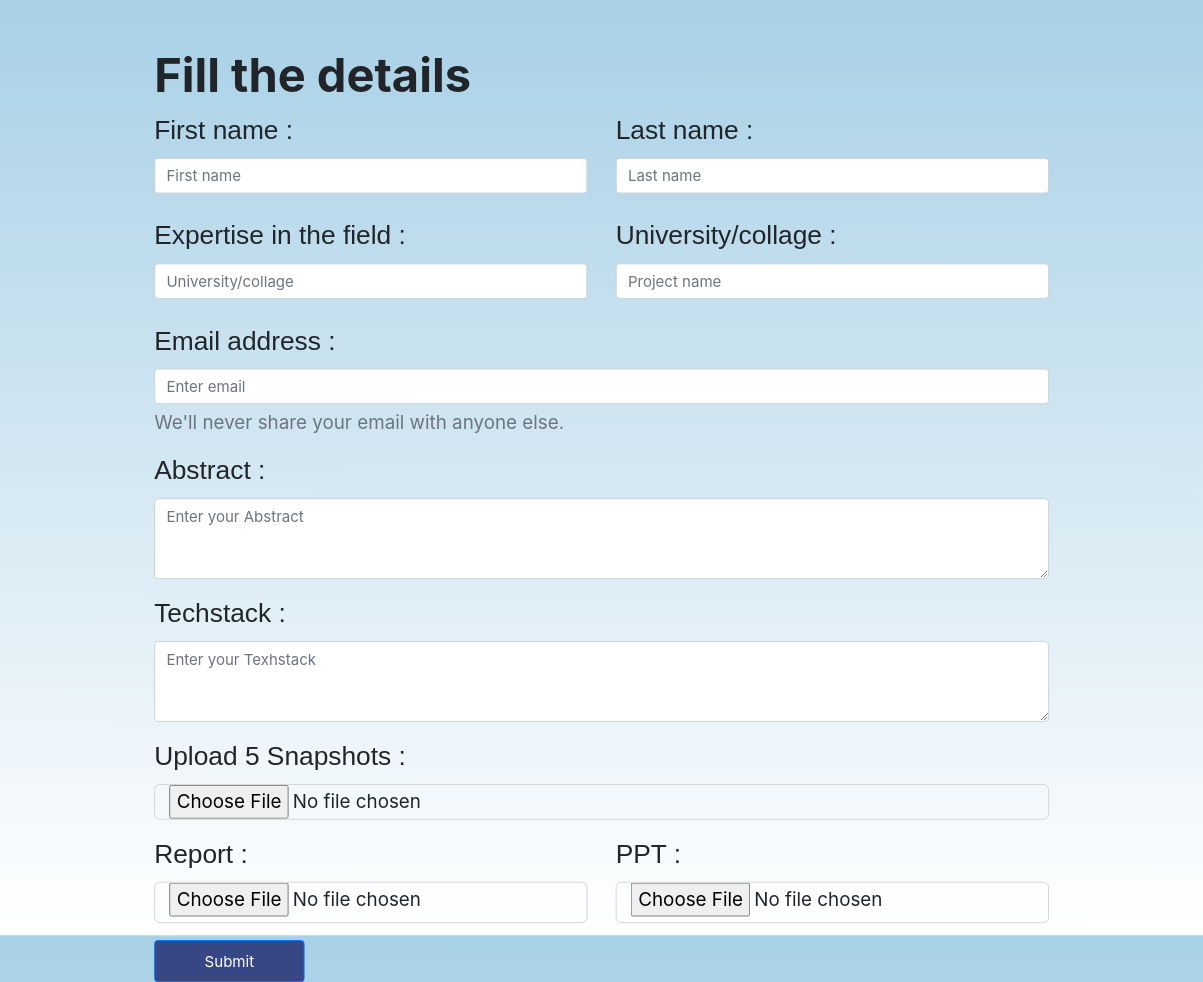
Repository: Sanskriti002/collaborate
Page: form.html
These files come from the project's save history. The page is drawn as it stood at one moment and after the next save; the edit follows.
The browser window is 1280 px wide. The pictures show the whole page, at 94% of full size.

Above is the page before, as saved 2023-09-21 21:31:23.

### form.html
<!DOCTYPE html>
<html lang="en">
<head>
    <meta charset="UTF-8">
    <meta name="viewport" content="width=device-width, initial-scale=1.0">
    <meta http-equiv="X-UA-Compatible" content="ie=edge">
    <link rel="stylesheet" href="https://stackpath.bootstrapcdn.com/bootstrap/4.1.1/css/bootstrap.min.css" integrity="sha384-WskhaSGFgHYWDcbwN70/dfYBj47jz9qbsMId/iRN3ewGhXQFZCSftd1LZCfmhktB"
        crossorigin="anonymous">
        <link href="form.css" rel="stylesheet">
    <title>Fill up the form</title>
</head>
<body>
    <form>
        <h3>Fill the details</h3>
        <div class="row">
          <div class="col">
            <label>First name :</label>
            <input type="text" class="form-control" placeholder="First name">
          </div>
          <div class="col">
            <label>Last name :</label>
            <input type="text" class="form-control" placeholder="Last name">
          </div>
        </div>
        <br>
        <div class="row">
            <div class="col">
              <label>Expertise in the field :</label>
              <input type="text" class="form-control" placeholder="University/collage">
            </div>
            <div class="col">
              <label>University/collage :</label>
              <input type="text" class="form-control" placeholder="Project name">
            </div>
          </div>
        <br>
        <div class="form-group">
            <label for="exampleInputEmail1">Email address :</label>
            <input type="email" class="form-control" id="exampleInputEmail1" aria-describedby="emailHelp" placeholder="Enter email">
            <small id="emailHelp" class="form-text text-muted">We'll never share your email with anyone else.</small>
          </div>
          <div class="form-group">
            <label for="exampleFormControlTextarea1">Abstract :</label>
            <textarea class="form-control" id="exampleFormControlTextarea1" rows="3" placeholder="Enter your Abstract"></textarea>
          </div>
          <div class="form-group">
            <label for="exampleFormControlTextarea1">Techstack :</label>
            <textarea class="form-control" id="exampleFormControlTextarea1" rows="3" placeholder="Enter your Texhstack"></textarea>
          </div>
          <div class="form-group">
            <label for="exampleFormControlFile1"> Upload 5 Snapshots :</label>
            <input type="file" class="form-control-file" id="exampleFormControlFile1">
          </div>
          <div class="row">
            <div class="col">
            <label for="exampleFormControlFile1">Report :</label>
            <input type="file" class="form-control-file" id="exampleFormControlFile1">
          </div>
           <div class="col">
            <label for="exampleFormControlFile1">PPT :</label>
            <input type="file" class="form-control-file" id="exampleFormControlFile1">
          </div>
          </div>
          <br>
          <button type="submit" id="btn" class="btn btn-primary" onclick="alert('Submitted')">Submit</button>
      </form>



</body>
</html>

### form.css
body{
    background-image:linear-gradient(#a8d0e6,white);
    padding:0;
     justify-content: center;
    align-items: center;
    box-sizing: border-box;

}

form{
     display: inline-block;
     position: relative;
     left: 50%;
    transform: translateX(-50%);;
     top: 50px;

    }
    input{
        width:100%;
        height: 50%;
        border: 1px solid lightgray;
        border-radius: 6px;
        outline: none;
        padding: 0 15px;
        font-size: 20px;
        transition: all 0.3s ease;

 }

 label{
    font-size: 28px;
    font-weight: 300;
    font-family: 'Nunito',sans-serif;
 }
 h3{
    font-size:50px;
    font-weight: bold;
 }
 #emailHelp{
    font-size: 20px;
    color: black;
 }
 #btn{
    width:160px;
    height:45px;
    cursor:pointer;
    background-color:#374785;
 }

After the next save:
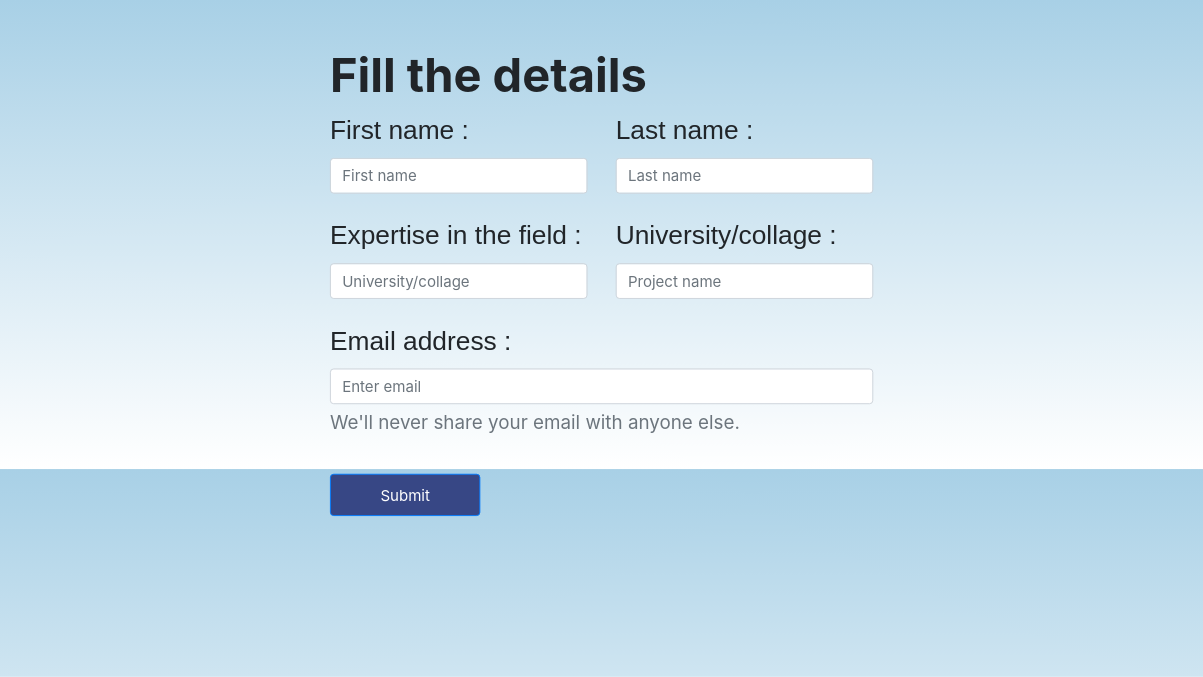
Saved 9 min 42 s later.
--- a/form.html
+++ b/form.html
@@ -39,28 +39,8 @@
             <input type="email" class="form-control" id="exampleInputEmail1" aria-describedby="emailHelp" placeholder="Enter email">
             <small id="emailHelp" class="form-text text-muted">We'll never share your email with anyone else.</small>
           </div>
-          <div class="form-group">
-            <label for="exampleFormControlTextarea1">Abstract :</label>
-            <textarea class="form-control" id="exampleFormControlTextarea1" rows="3" placeholder="Enter your Abstract"></textarea>
-          </div>
-          <div class="form-group">
-            <label for="exampleFormControlTextarea1">Techstack :</label>
-            <textarea class="form-control" id="exampleFormControlTextarea1" rows="3" placeholder="Enter your Texhstack"></textarea>
-          </div>
-          <div class="form-group">
-            <label for="exampleFormControlFile1"> Upload 5 Snapshots :</label>
-            <input type="file" class="form-control-file" id="exampleFormControlFile1">
-          </div>
-          <div class="row">
-            <div class="col">
-            <label for="exampleFormControlFile1">Report :</label>
-            <input type="file" class="form-control-file" id="exampleFormControlFile1">
-          </div>
-           <div class="col">
-            <label for="exampleFormControlFile1">PPT :</label>
-            <input type="file" class="form-control-file" id="exampleFormControlFile1">
-          </div>
-          </div>
+
+
           <br>
           <button type="submit" id="btn" class="btn btn-primary" onclick="alert('Submitted')">Submit</button>
       </form>
